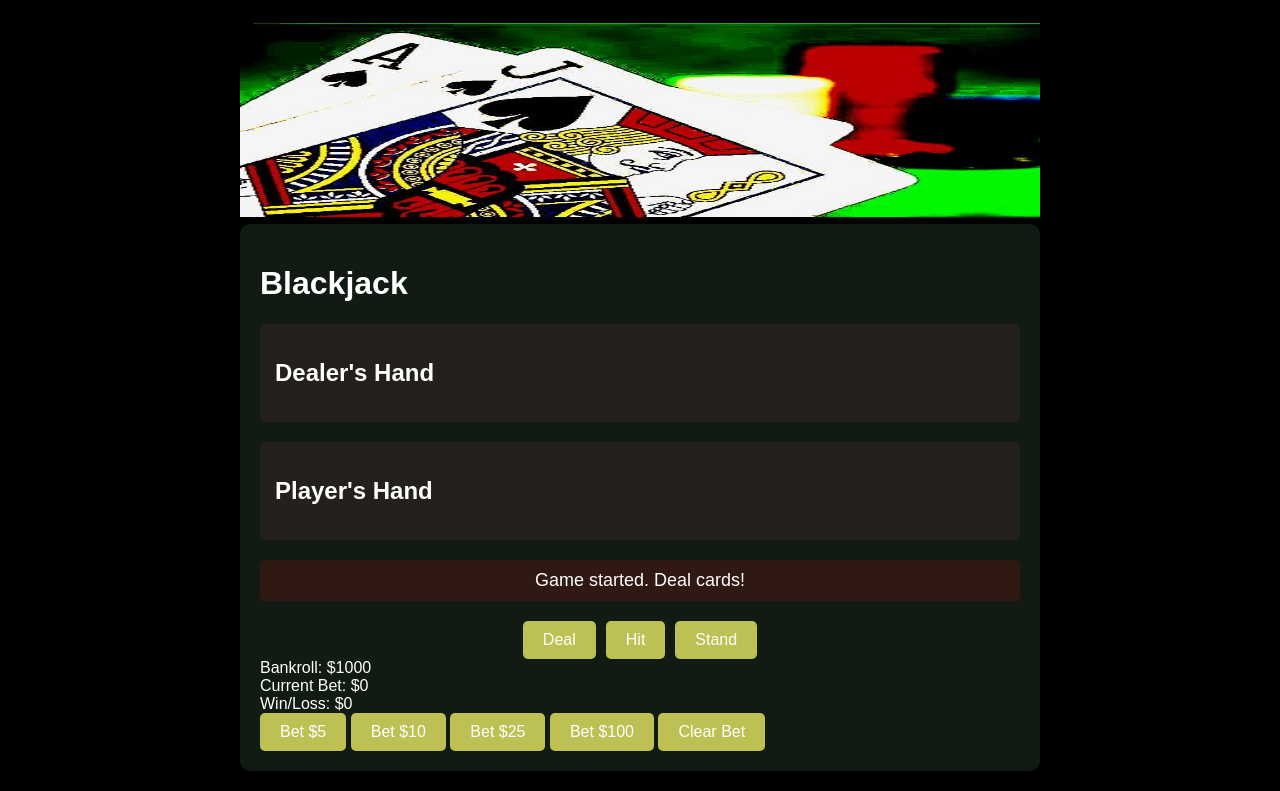
Repository: fahad7252/project-1-blackjack
Page: index.html
The author's editor kept a copy of each file at every save. The page is drawn from the files as they stood at one save, then again after the next save.
The browser window is 1280 px wide. The pictures show the whole page.

Above is the page before, as saved 2024-12-02 15:05:29.

### index.html
<!DOCTYPE html>
<html lang="en">
<head>
    <meta charset="UTF-8">
    <meta name="viewport" content="width=device-width, initial-scale=1.0">
    <title>Blackjack Game</title>
    <link rel="stylesheet" href="css/main.css">

</head>
<body>
    <img src="blackjack.JPG"  class="landing-image">
    <div class="game-board">
        <h1>Blackjack</h1>
         <div class="hand">
            <h2>Dealer's Hand</h2>
            <div id="dealer-hand"></div>
        </div>

        <div class="hand">
            <h2>Player's Hand</h2>
            <div id="player-hand"></div>
        </div>

        <div id="message">Game started. Deal cards!</div>

        <div class="controls">
            <button id="deal-button">Deal</button>
            <button id="hit-button">Hit</button>
            <button id="stand-button">Stand</button>
        </div>
        <div class="bank-stats">
            <div>Bankroll: $<span id="bankroll">1000</span></div>
            <div>Current Bet: $<span id="current-bet">0</span></div>
            <div>Win/Loss: $<span id="win-loss">0</span></div>
        </div>

        <div class="betting-controls">
            <button id="bet-5">Bet $5</button>
            <button id="bet-10">Bet $10</button>
            <button id="bet-25">Bet $25</button>
            <button id="bet-100">Bet $100</button>
            <button id="clear-bet">Clear Bet</button>
        </div>
    </div>

    <script defer src="js/main.js"></script>
</body>
</html>

### css/main.css
body {
    font-family: Arial, sans-serif;
    max-width: 800px;
    margin: 0 auto;
    padding: 20px;
    background-color: #000000;
    color: white;
}
.landing-image { width: 100%;
     height: auto;
     max-height: 200px;
}
.game-board {
    background-color: #121a14;
    padding: 20px;
    border-radius: 10px;
    box-shadow: 0 0 10px rgba(0, 0, 0, 0.3);
    height: auto;
}
.hand {
    margin: 20px 0;
    padding: 15px;
    background-color: rgba(113, 62, 62, 0.2);
    border-radius: 5px;
}
.controls {
    display: flex;
    gap: 10px;
    justify-content: center;
    margin-top: 20px;
}
button {
    padding: 10px 20px;
    font-size: 16px;
    cursor: pointer;
    background-color: #bdc153;
    color: white;
    border: none;
    border-radius: 5px;
}
button:disabled {
    background-color: #cccccc;
    cursor: not-allowed;
}
#message {
    text-align: center;
    font-size: 18px;
    margin: 20px 0;
    padding: 10px;
    background-color: rgba(168, 17, 17, 0.2);
    border-radius: 5px;
}

### js/main.js
 /*----- constants -----*/
  const suits = ["Hearts", "Diamond", "Clubs", "Spades"];
  const values = ["2", "3", "4", "5", "6", "7", "8", "9", "10", "J", "Q", "K", "A"];

  /*----- state variables -----*/

   let deck = [];
   let playerHand = [];
   let dealerHand = [];
   let bankroll = 1000;
   let currentBet = 0;
   let winLoss = 0;

  /*----- cached elements  -----*/
const messageElement = document.getElementById('message');
const dealerHandElement = document.getElementById('dealer-hand');
const playerHandElement = document.getElementById('player-hand');
const bankrollElement = document.getElementById('bankroll');
const currentBetElement = document.getElementById('current-bet');
const winLossElement = document.getElementById('win-loss');

  /*----- event listeners -----*/


  /*----- functions -----*/
  function init() {
    createDeck();
    shuffleDeck();
     playerHand = [];
      dealerHand = [];
       message.textContent = 'Game started. Deal cards!';
        updateHands();
       render()
  }

After the next save:
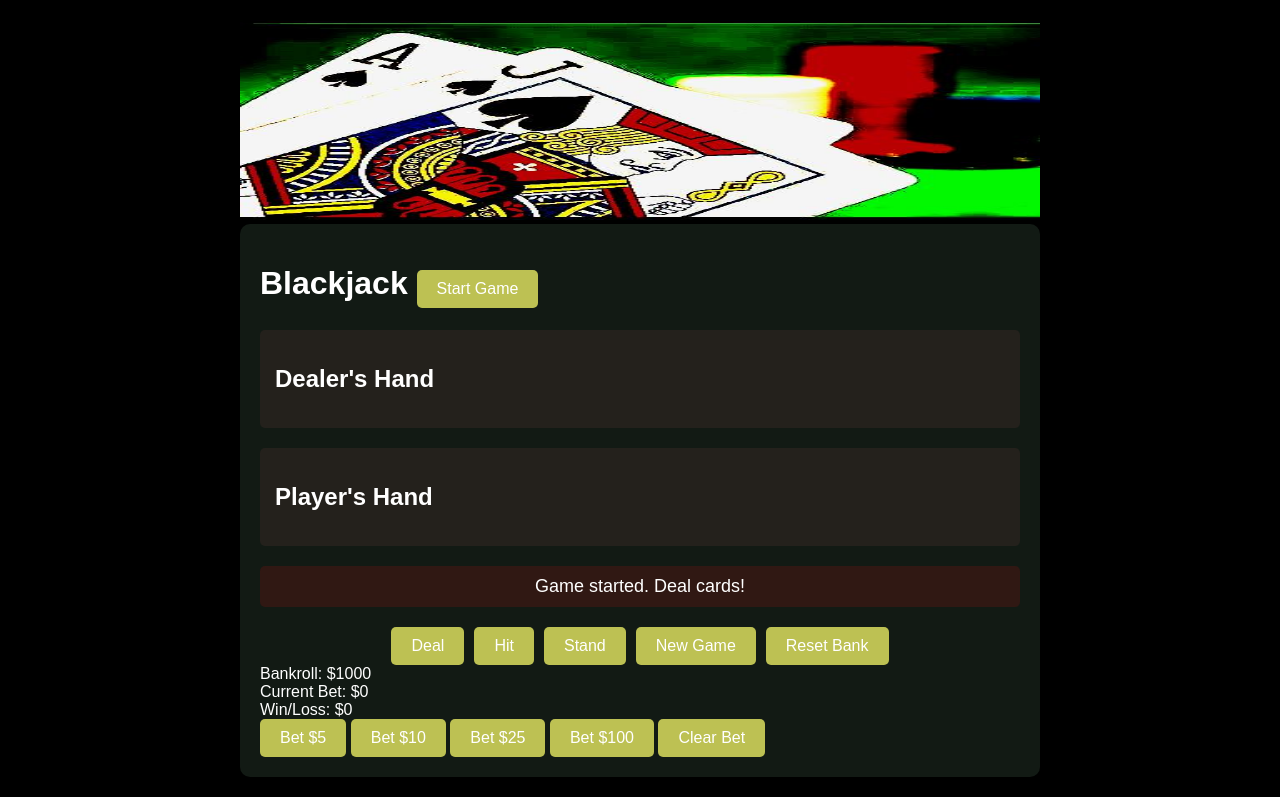
Saved 17 min 58 s later.
--- a/index.html
+++ b/index.html
@@ -10,7 +10,7 @@
 <body>
     <img src="blackjack.JPG"  class="landing-image">
     <div class="game-board">
-        <h1>Blackjack</h1>
+        <h1>Blackjack <button id="start-button">Start Game</button></h1>
          <div class="hand">
             <h2>Dealer's Hand</h2>
             <div id="dealer-hand"></div>
@@ -27,6 +27,9 @@
             <button id="deal-button">Deal</button>
             <button id="hit-button">Hit</button>
             <button id="stand-button">Stand</button>
+
+            <button id="new-game-button">New Game</button>
+            <button id="reset-bank-button">Reset Bank</button>
         </div>
         <div class="bank-stats">
             <div>Bankroll: $<span id="bankroll">1000</span></div>
